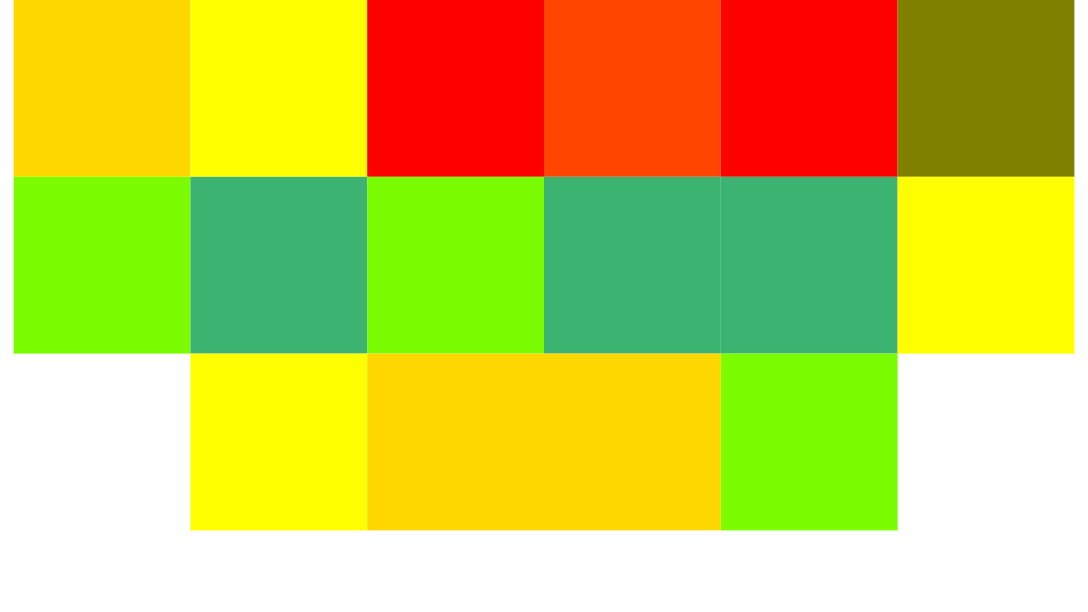
Repository: zhapar/color-boxes
Page: /
An editor plug-in stored every save of this project. The page is shown before and after the next save, followed by the edit.
The browser window is 1280 px wide. The pictures show the whole page, at 85% of full size.
The project was rebuilt for these pictures with package versions that can differ from the ones it lists, and the page was loaded fresh each time.

Above is the page before, as saved 2020-08-22 22:36:18.

After the next save:
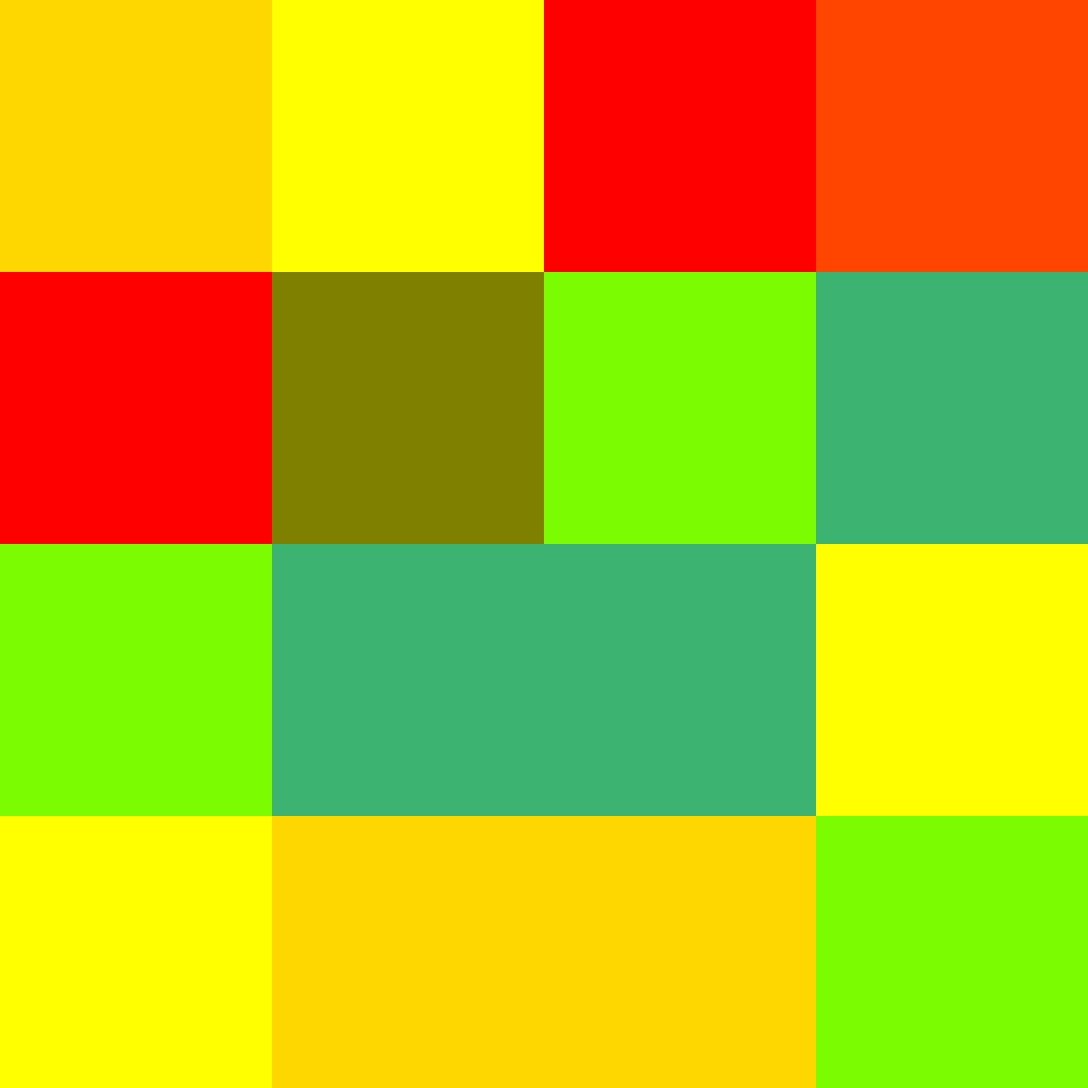
Saved 4 s later.
--- a/src/Box.css
+++ b/src/Box.css
@@ -1,4 +1,4 @@
 .Box {
-  width: 13rem;
-  height: 13rem;
+  width: 20rem;
+  height: 20rem;
 }
